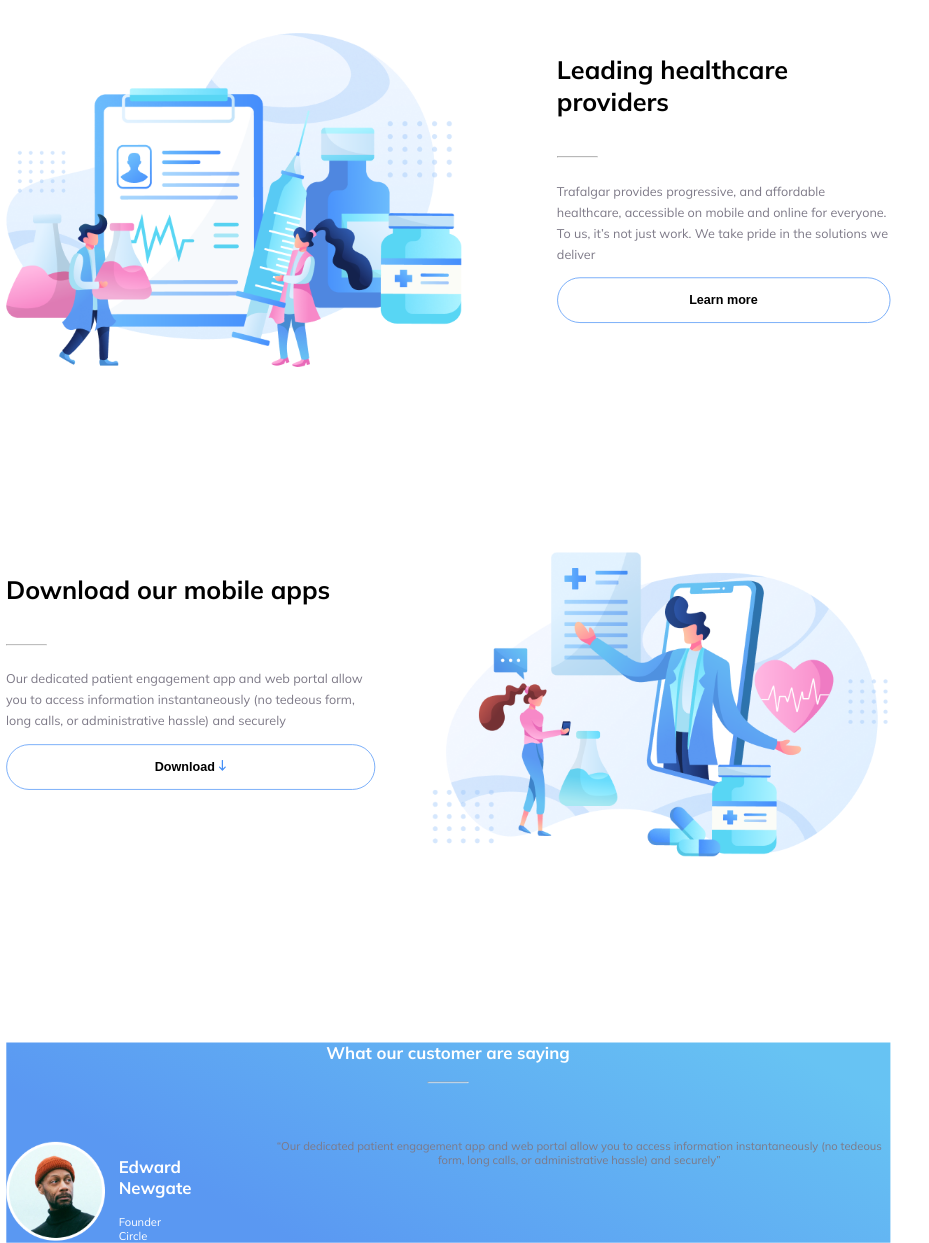
Repository: ivan-developer-01/trafalgar-layout
Page: index.html
These files come from the project's save history. The page is drawn as it stood at one moment and after a run of saves; the edit follows.
The browser window is 1280 px wide. The page is 1280 px wide, then 1327 px, so the pictures cover 1327 px, including what lies to the right of the window. The pictures show the part of the page from y = 2155 to 3995 px (the page is 3931 px tall before and 3995 px after), at 70% of full size.

Above is the page before, as saved 2024-11-08 15:24:05.

After the next 2 saves:
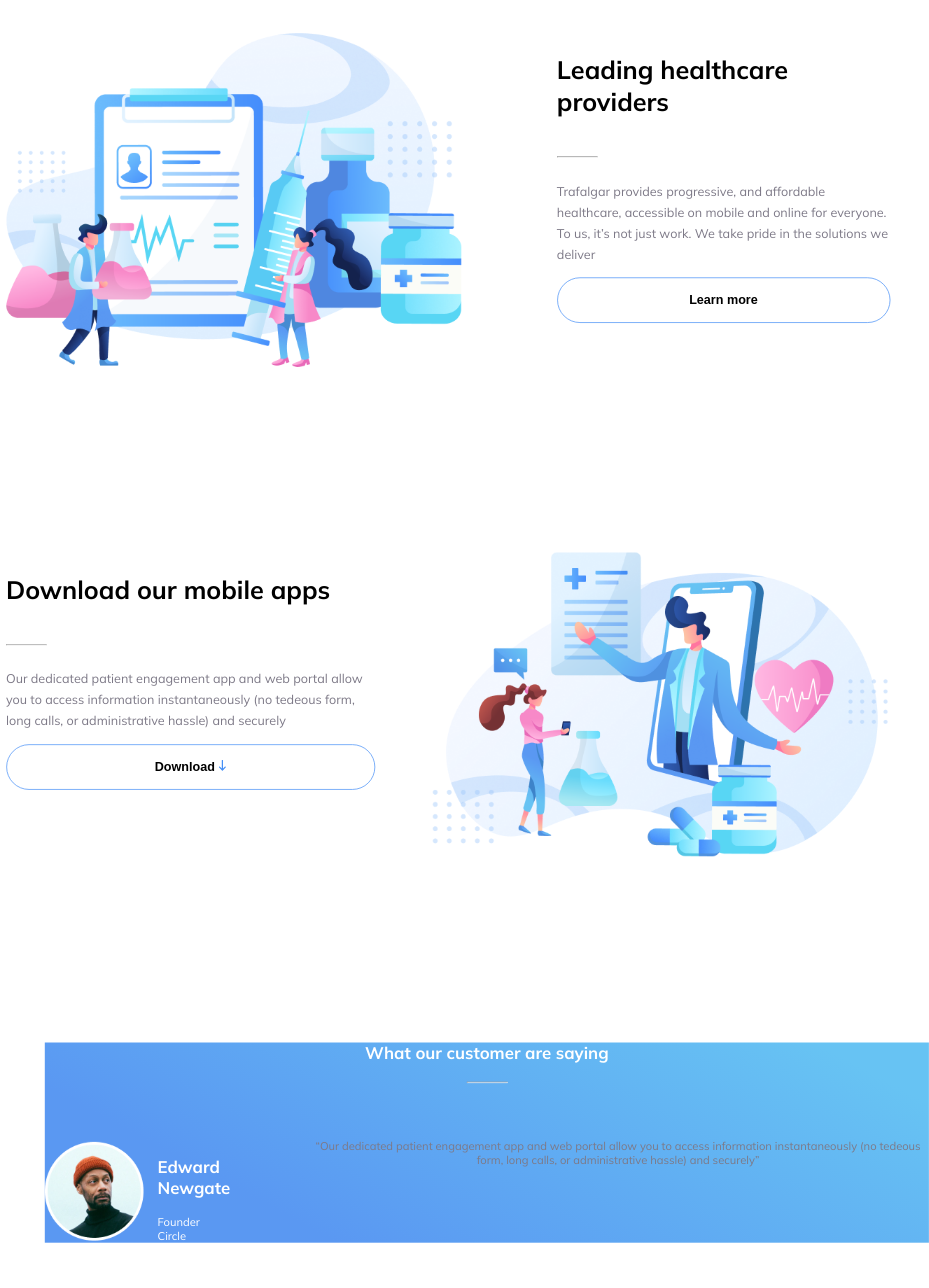
The 2 saves are shown as one change because they came seconds apart.
The last was saved 26 s later.
--- a/style.css
+++ b/style.css
@@ -236,6 +236,7 @@ p {
 	background: linear-gradient(208.18deg, #67C3F3 9.05%, #5A98F2 76.74%);
 	color: white;
 	text-align: center;
+	margin: 64px
 }
 
 .review-slider .review {
